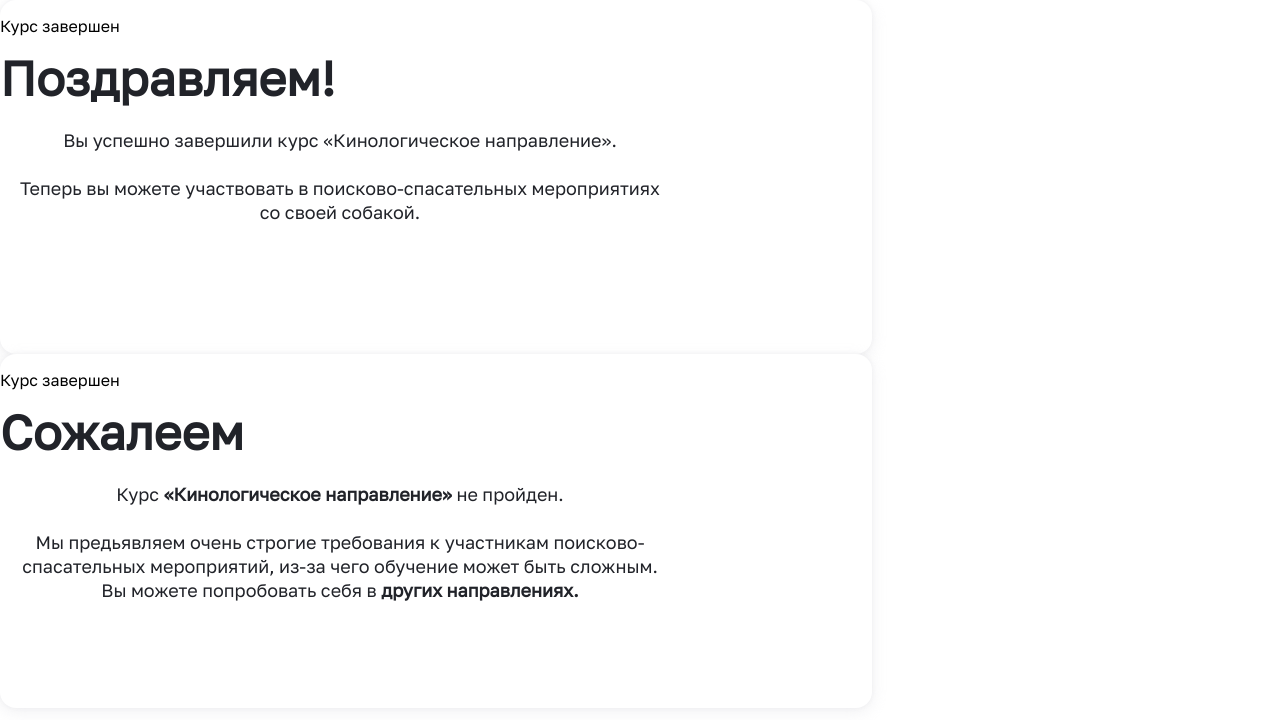
Repository: RuslanSR2424/Group5_LizaAlert
Page: index.html
An editor plug-in stored every save of this project. The page is shown before and after the next save, followed by the edit.
The browser window is 1280 px wide. The pictures show the whole page.

Above is the page before, as saved 2022-03-10 19:09:53.

After the next save:
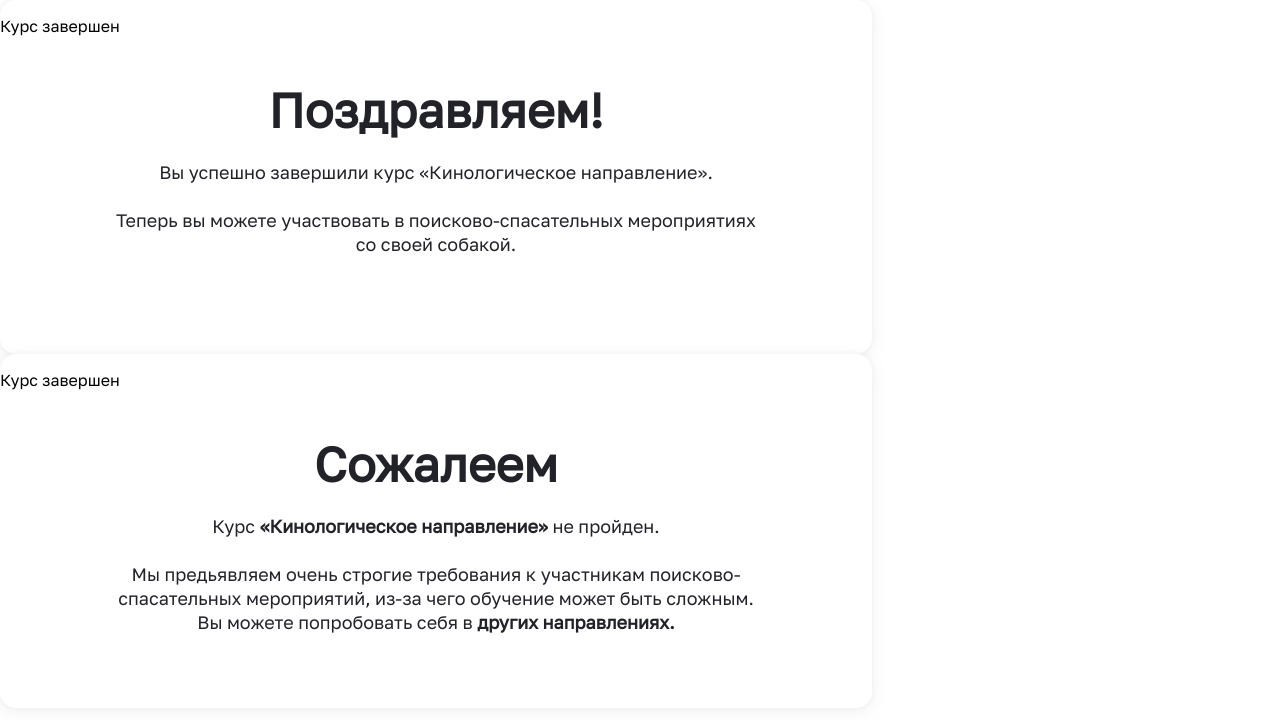
Saved 19 s later.
--- a/pages/index.css
+++ b/pages/index.css
@@ -6,9 +6,9 @@
 @import url(../blocks/card/card.css);
 @import url(../blocks/card/__congratulate/card__congratulate.css);
 @import url(../blocks/card/__name/card__name.css);
-@import url(../blocks/card/__container/card__container.css);
-@import url(../blocks/card/__container/_type/card__container_type_sorry.css);
-@import url(../blocks/card/__container/_type/card__container_type_congratulate.css);
+@import url(../blocks/card/__result/card__result.css);
+@import url(../blocks/card/__result/_type/card__result_type_sorry.css);
+@import url(../blocks/card/__result/_type/card__result_type_congratulate.css);
 @import url(../blocks/card/__text/card__text.css);
 @import url(../blocks/card/__text/_type/card__text_type_congratulate.css);
 @import url(../blocks/card/__text/_type/card__text_type_sorry.css);
